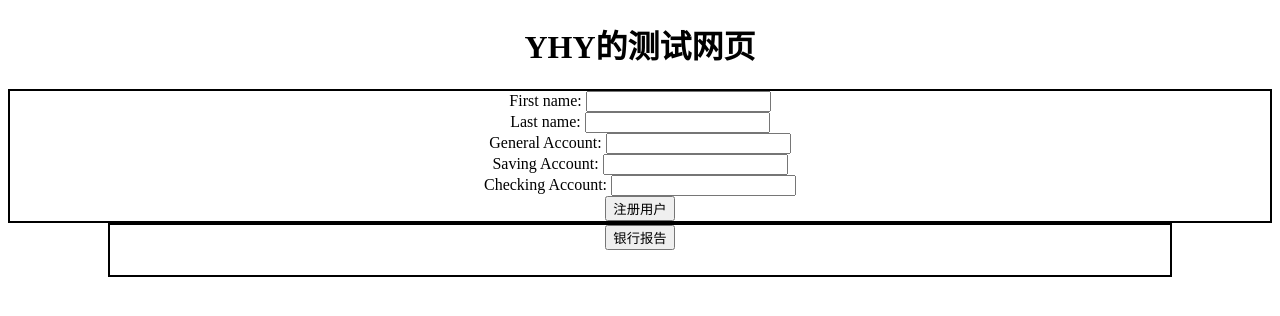
Repository: Darkmoon1/Bank-java-
Page: Bank/myBank/WebContent/home.html
These files come from the project's save history. The page is drawn as it stood at one moment and after the next save; the edit follows.
The browser window is 1280 px wide. The pictures show the whole page.

Above is the page before, as saved 2017-07-13 18:11:59.

After the next save:
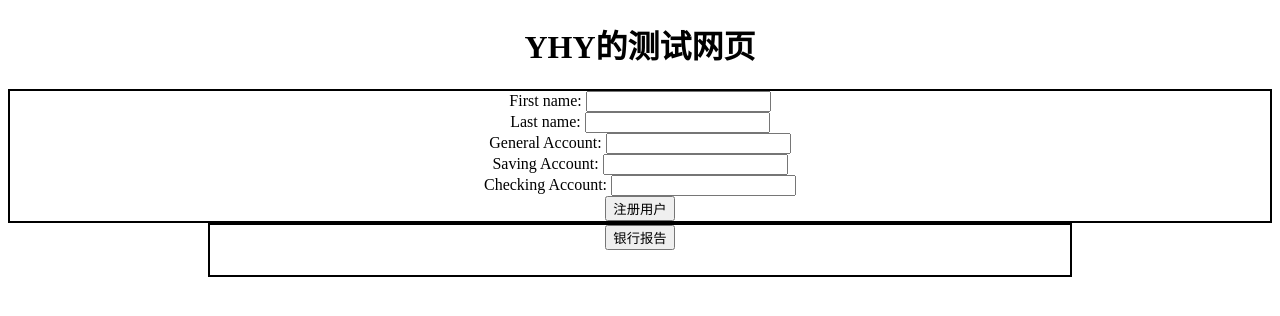
Saved 11 s later.
--- a/Bank/myBank/WebContent/home.html
+++ b/Bank/myBank/WebContent/home.html
@@ -20,8 +20,8 @@
     }
     .re{
     	height: 50px;
-    	margin-left: 100px;
-    	margin-right: 100px;
+    	margin-left: 200px;
+    	margin-right: 200px;
     }
 
     </style>
